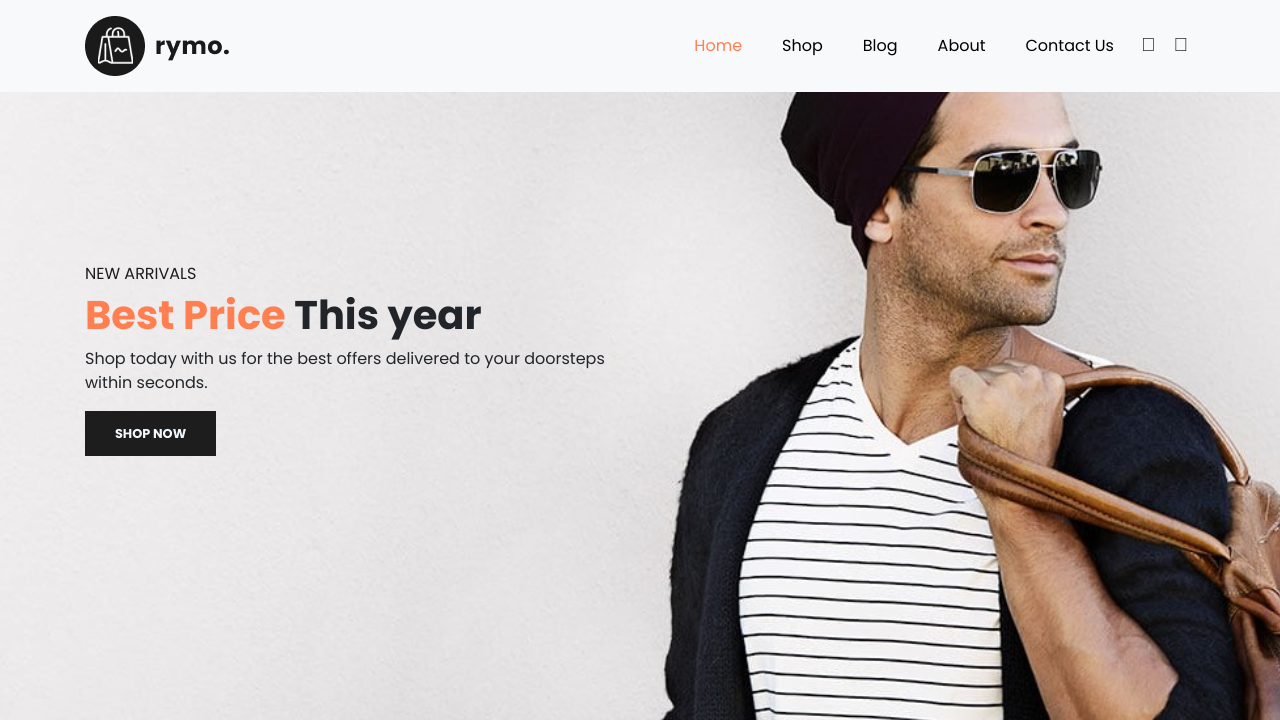
Repository: peter417waweru/e-commerce-UI
Page: index.html
An editor plug-in stored every save of this project. The page is shown before and after the next save, followed by the edit.
The browser window is 1280 px wide. The pictures show the whole page.
Some web libraries are served in a nearby version.

Above is the page before, as saved 2025-02-07 19:16:30.

After the next save:
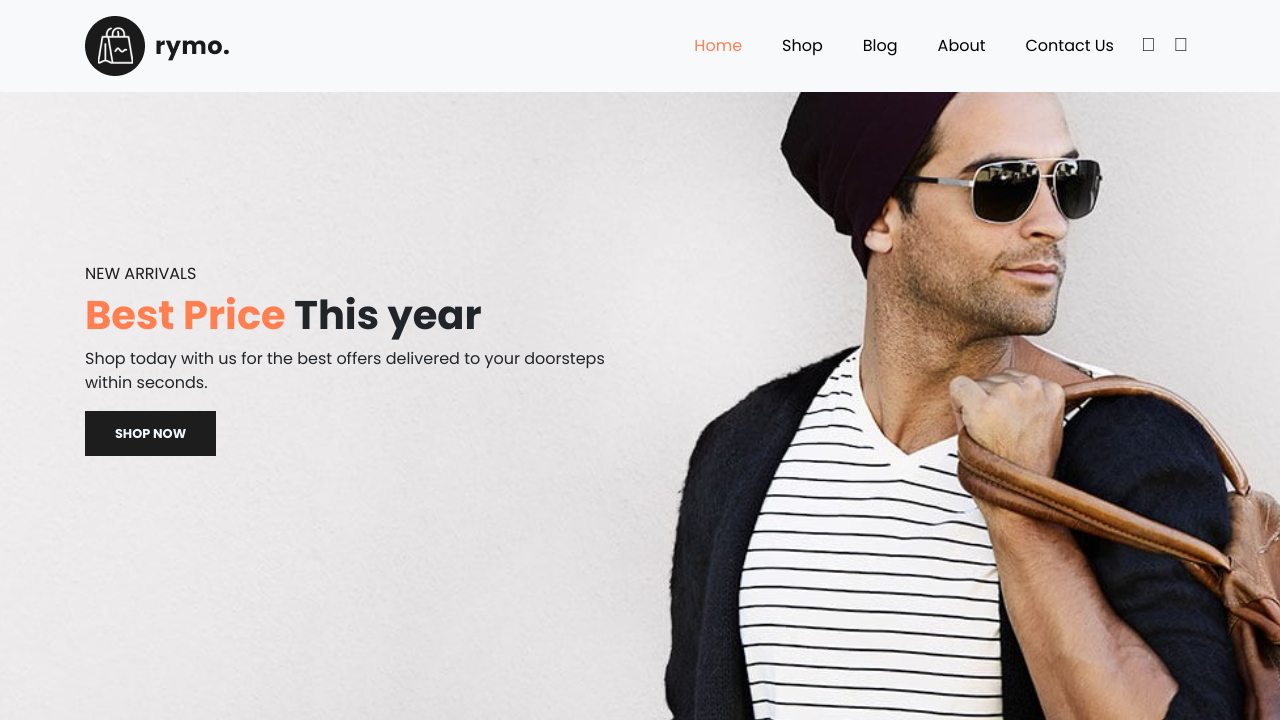
Saved 20 s later.
--- a/style.css
+++ b/style.css
@@ -94,7 +94,7 @@ hr {
   width: 100%;
   height: 100vh;
   background-size: cover;
-  background-position: top 60px center;
+  background-position: top 70px center;
   display: flex;
   flex-direction: column;
   align-items: flex-start;
